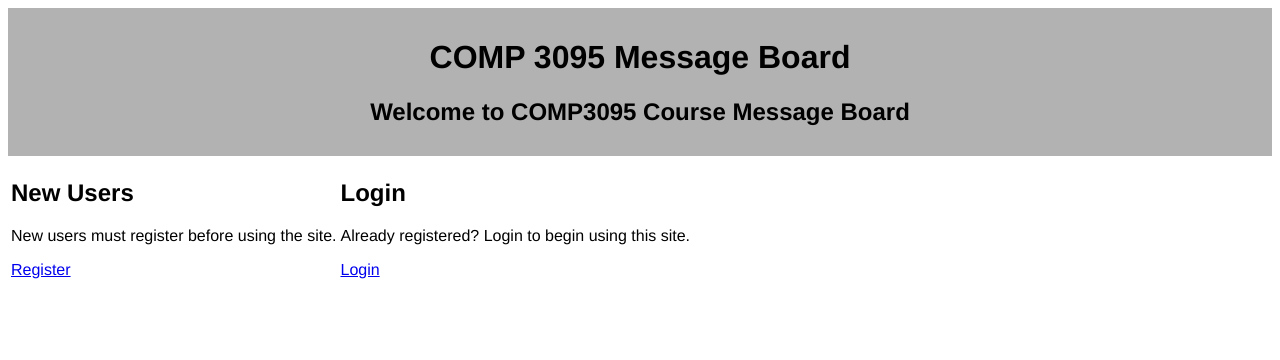
Repository: JesseFo/Whitespace
Page: whitespace/WebContent/WEB-INF/index.html
An editor plug-in stored every save of this project. The page is shown before and after the next save, followed by the edit.
The browser window is 1280 px wide. The pictures show the whole page.

Above is the page before, as saved 2015-10-14 02:50:38.

### whitespace/WebContent/WEB-INF/index.html
<!DOCTYPE html>
<html>
	<head>
		<meta charset="ISO-8859-1">
		<title>Insert title here</title>
		<link rel="stylesheet" type="text/css" href="index.css" />
	</head>

	<body>
		<div id="wrapper">
			<div id="title">
				<h1>COMP 3095 Message Board</h1>
				<h2>Welcome to COMP3095 Course Message Board</h2>
			</div>

			<div id="content">
				<table><tr>
					<td>
						<h2>New Users</h2>
						<p>New users must register before using the site.</p>
						<a href="#">Register</a>
					</td>
					<td>
						<h2>Login</h2>
						<p>Already registered? Login to begin using this site.</p>
						<a href="#">Login</a>
					</td>
				</tr></table>
			</div>
		</div>
	</body>
</html>

### whitespace/WebContent/WEB-INF/index.css
@CHARSET "ISO-8859-1";

#wrapper{
	font-family: Helvetica, Arial, sans-serif;
}

#title{
	text-align: center;
	background: #B2B2B2;
	padding: 10px;
}

After the next save:
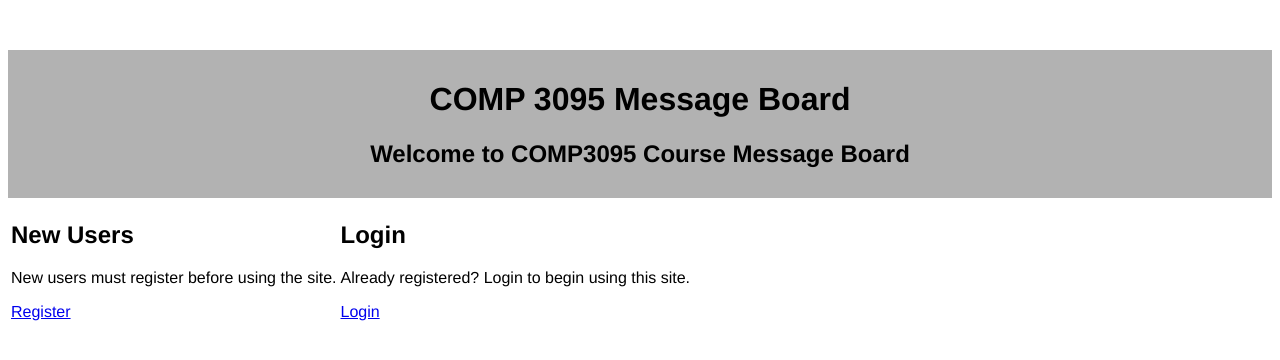
Saved 27 s later.
--- a/whitespace/WebContent/WEB-INF/index.css
+++ b/whitespace/WebContent/WEB-INF/index.css
@@ -8,4 +8,5 @@
 	text-align: center;
 	background: #B2B2B2;
 	padding: 10px;
+	margin-top: 50px;
 }
